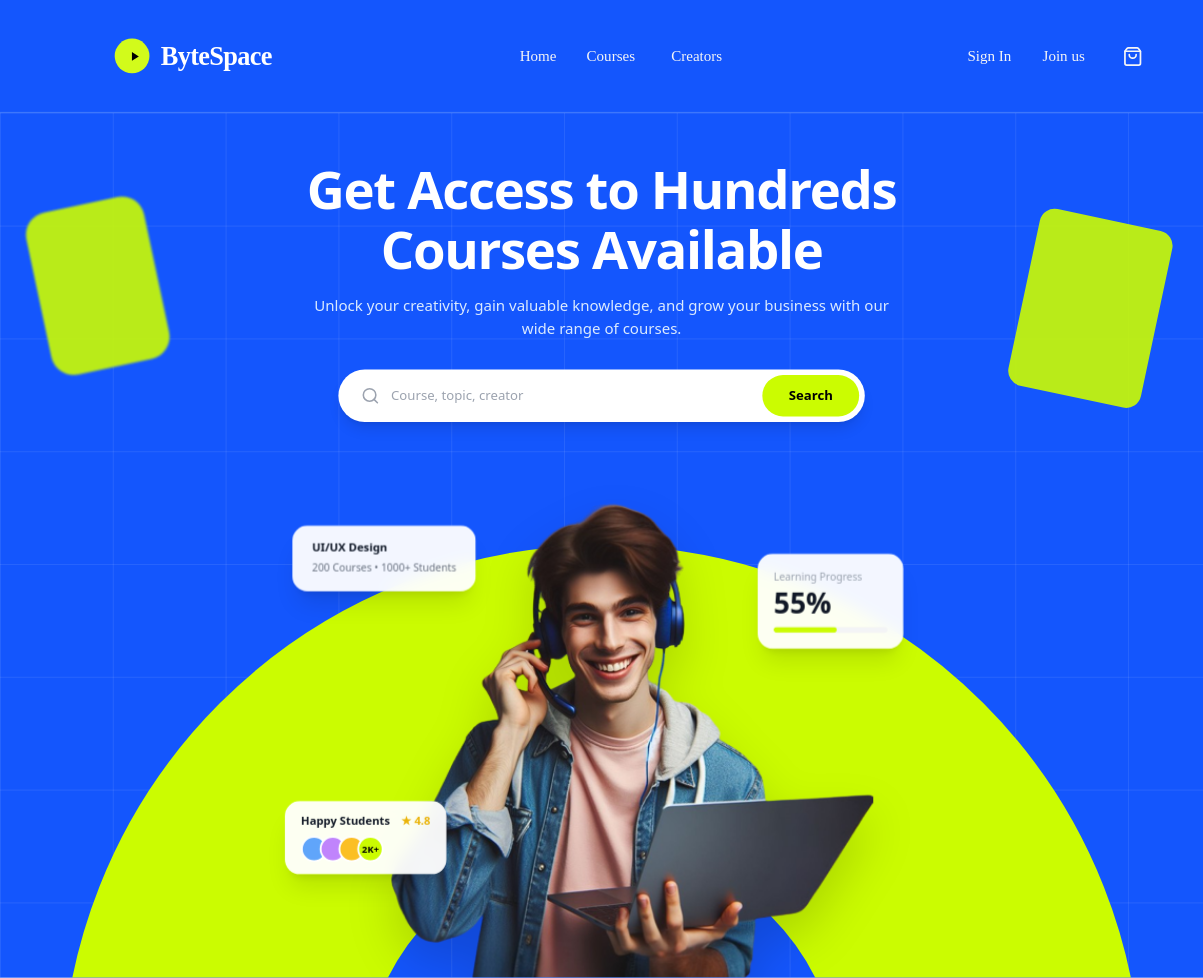
Repository: mdkawsarjomadder/bytespace
Page: /
The author's editor kept a copy of each file at every save. The page is drawn from the files as they stood at one save, then again after the next save.
The browser window is 1280 px wide. The pictures show the whole page, at 94% of full size.
Some web fonts or font styles are not loaded; a fallback is used. The project was rebuilt for these pictures with package versions that can differ from the ones it lists, and the page was loaded fresh each time. Also part of the build but not shown: vite.config.js.

Above is the page before, as saved 2026-09-29 18:31:18.

### index.html
<!doctype html>
<html lang="en">
  <head>
    <meta charset="UTF-8" />
    <link rel="icon" type="image/svg+xml" href="/favicon.svg" />
    <meta name="viewport" content="width=device-width, initial-scale=1.0" />
    <title>bytespace</title>
  </head>
  <body>
    <div id="root"></div>
    <script type="module" src="/src/main.jsx"></script>
    <link href="https://api.fontshare.com/v2/css?f[]=satoshi@400,500,700&display=swap" rel="stylesheet">
  </body>
</html>

### src/App.jsx
import React from 'react';
import Navbar from './components/Navbar';
import Hero from './components/Hero';

function App() {
  return (
    <div className="min-h-screen bg-gray-50 font-sans">
      <Navbar />
      <Hero />
    </div>
  );
}

export default App;

### src/components/Navbar.jsx
import React from 'react';
import { ShoppingBag } from 'lucide-react';

const Navbar = () => {
  return (
    <header className="w-full h-[120px] bg-[#1456fd] border-b border-blue-400/20 pl-[122px] pr-16 flex items-center justify-between relative z-50">
      {/* 1. Brand Logo (Figma Specs: 171px x 37px) */}
      <div
        className="w-[171px] h-[37px] flex items-center gap-3 cursor-pointer select-none"
        style={{ opacity: 1 }}
      >
        {/* Play Icon Logo */}
        <div className="w-[37px] h-[37px] rounded-full bg-[#d2fb1b] flex items-center justify-center shrink-0">
          <svg
            className="w-4 h-4 text-black fill-current translate-x-0.5"
            viewBox="0 0 24 24"
          >
            <path d="M8 5v14l11-7z" />
          </svg>
        </div>
        {/* Logo Text */}
        <span className="text-[28px] font-bold tracking-tight text-white leading-none font-['Satoshi']">
          ByteSpace
        </span>
      </div>

      {/* 2. Navigation Links */}
      <nav className="hidden md:flex items-center gap-8 font-['Satoshi']">
        <a
          href="#home"
          className="text-[#F5F5F6] text-[16px] leading-[160%] font-normal hover:text-[#d2fb1b] transition-colors"
        >
          Home
        </a>
        <a
          href="#courses"
          className="w-[58px] h-[26px] flex items-center text-[#F5F5F6] text-[16px] leading-[160%] font-normal hover:text-[#d2fb1b] transition-colors"
          style={{ opacity: 1 }}
        >
          Courses
        </a>
        <a
          href="#creators"
          className="text-[#F5F5F6] text-[16px] leading-[160%] font-normal hover:text-[#d2fb1b] transition-colors"
        >
          Creators
        </a>
      </nav>

      {/* 3. Action Buttons & Cart */}
      <div className="flex items-center gap-6 font-['Satoshi']">
        <button
          className="w-[49px] h-[24px] flex items-center justify-center text-[#F5F5F6] text-[16px] leading-[24px] font-normal hover:text-white/80 transition-colors"
          style={{ opacity: 1 }}
        >
          Sign In
        </button>
        <button
          className="h-[24px] px-2 flex items-center justify-center text-[#F5F5F6] text-[16px] leading-[24px] font-normal hover:text-white/80 transition-colors"
          style={{ opacity: 1 }}
        >
          Join us
        </button>
        <button className="text-[#F5F5F6] hover:text-[#d2fb1b] transition-colors flex items-center justify-center ml-2">
          <ShoppingBag size={22} strokeWidth={2} />
        </button>
      </div>
    </header>
  );
};

export default Navbar;

### src/components/Hero.jsx
import React from 'react';
import { Search } from 'lucide-react';
import One1 from '../assets/01.png';

const Hero = () => {
  return (
    <section className="relative w-full bg-[#1456fd] overflow-hidden pt-12 pb-0 text-white flex flex-col items-center justify-between min-h-[920px]">
      {/* 1. Background Grid Pattern */}
      <div className="absolute inset-0 bg-[linear-gradient(to_right,#ffffff15_1px,transparent_1px),linear-gradient(to_bottom,#ffffff15_1px,transparent_1px)] bg-[size:120px_120px] pointer-events-none" />

      {/* 2. Ellipse 7 Background Ring (Figma Exact Position) */}
      <div
        className="absolute rounded-full pointer-events-none z-0"
        style={{
          width: '1149px',
          height: '1149px',
          top: '460px',

          left: '50%',
          transform: 'translateX(-50%)',
          border: '320px solid #CBFC01',
          boxSizing: 'border-box',
        }}
      />

      {/* 3. Decorative 3D Elements */}
      <div className="absolute left-10 top-24 w-32 h-44 bg-[#CBFC01] rounded-3xl opacity-90 blur-[1px] transform -rotate-12 pointer-events-none hidden lg:block" />
      <div className="absolute right-12 top-28 w-36 h-48 bg-[#CBFC01] rounded-2xl opacity-90 transform rotate-12 pointer-events-none hidden lg:block" />

      {/* 4. Top Area: Title + Subtitle + Search Bar */}
      <div className="relative z-10 w-full max-w-[1200px] mx-auto px-4 flex flex-col items-center text-center">
        <h1 className="text-4xl md:text-[56px] font-bold tracking-tight text-white leading-[1.15] max-w-[900px]">
          Get Access to Hundreds <br /> Courses Available
        </h1>

        <p className="mt-4 text-sm md:text-base text-blue-100 max-w-[650px] font-normal leading-relaxed">
          Unlock your creativity, gain valuable knowledge, and grow your business with our wide range of courses.
        </p>

        {/* Search Bar */}
        <div className="mt-8 w-full max-w-[560px] bg-white rounded-full p-1.5 pl-6 flex items-center shadow-lg justify-between gap-3">
          <div className="flex items-center gap-3 w-full">
            <Search className="w-5 h-5 text-gray-400 shrink-0" />
            <input
              type="text"
              placeholder="Course, topic, creator"
              className="w-full bg-transparent text-gray-800 placeholder-gray-400 focus:outline-none text-sm font-medium"
            />
          </div>
          <button className="bg-[#CBFC01] hover:bg-[#b5e200] text-black font-semibold text-sm px-7 py-3 rounded-full transition-all duration-200 shrink-0 cursor-pointer">
            Search
          </button>
        </div>
      </div>

      {/* 5. Hero Visual Area (Image sitting flat at section bottom) */}
      <div className="relative w-full max-w-[578px] h-[541px] flex justify-center items-end z-10 mt-auto">

        {/* Main Student Image */}
        <img
          src={One1}
          alt="Student Learning"
          className="w-[578px] h-[541px] object-contain block select-none pointer-events-none drop-shadow-2xl"
        />

        {/* Floating Card: UI/UX Design (Top Left) */}
        <div className="absolute -left-10 top-[60px] z-20 bg-white/95 backdrop-blur text-black p-3.5 px-5 rounded-2xl shadow-xl border border-white/20">
          <span className="text-xs font-bold text-gray-900 block">UI/UX Design</span>
          <span className="text-[11px] text-gray-500 font-medium">200 Courses • 1000+ Students</span>
        </div>

        {/* Floating Card: Learning Progress (Top Right) */}
        <div className="absolute -right-8 top-[90px] z-20 bg-white/95 backdrop-blur text-black p-4 rounded-2xl shadow-xl border border-white/20 min-w-[155px] ">
          <span className="text-[11px] font-medium text-gray-400 block mb-1">Learning Progress</span>
          <span className="text-3xl font-extrabold text-gray-900 block leading-none">55%</span>
          <div className="w-full bg-gray-100 h-1.5 rounded-full mt-2.5 overflow-hidden">
            <div className="bg-[#CBFC01] h-full w-[55%] rounded-full" />
          </div>
        </div>

        {/* Floating Card: Happy Students (Bottom Left) */}
        <div className="absolute -left-12 bottom-[110px] z-20 bg-white/95 backdrop-blur text-black p-3 px-4 rounded-2xl shadow-xl border border-white/20">
          <div className="flex items-center justify-between gap-3 mb-2">
            <span className="text-xs font-bold text-gray-900">Happy Students</span>
            <span className="text-xs font-semibold text-yellow-500">★ 4.8</span>
          </div>
          <div className="flex items-center -space-x-2">
            <div className="w-7 h-7 rounded-full bg-blue-400 border-2 border-white"></div>
            <div className="w-7 h-7 rounded-full bg-purple-400 border-2 border-white"></div>
            <div className="w-7 h-7 rounded-full bg-amber-400 border-2 border-white"></div>
            <div className="w-7 h-7 rounded-full bg-[#CBFC01] border-2 border-white flex items-center justify-center text-[10px] font-bold text-black">
              2K+
            </div>
          </div>
        </div>

      </div>
    </section>
  );
};

export default Hero;

Loaded but not shown: src/main.jsx (common file); src/index.css (common file); tailwind.config.js (common file)

After the next save:
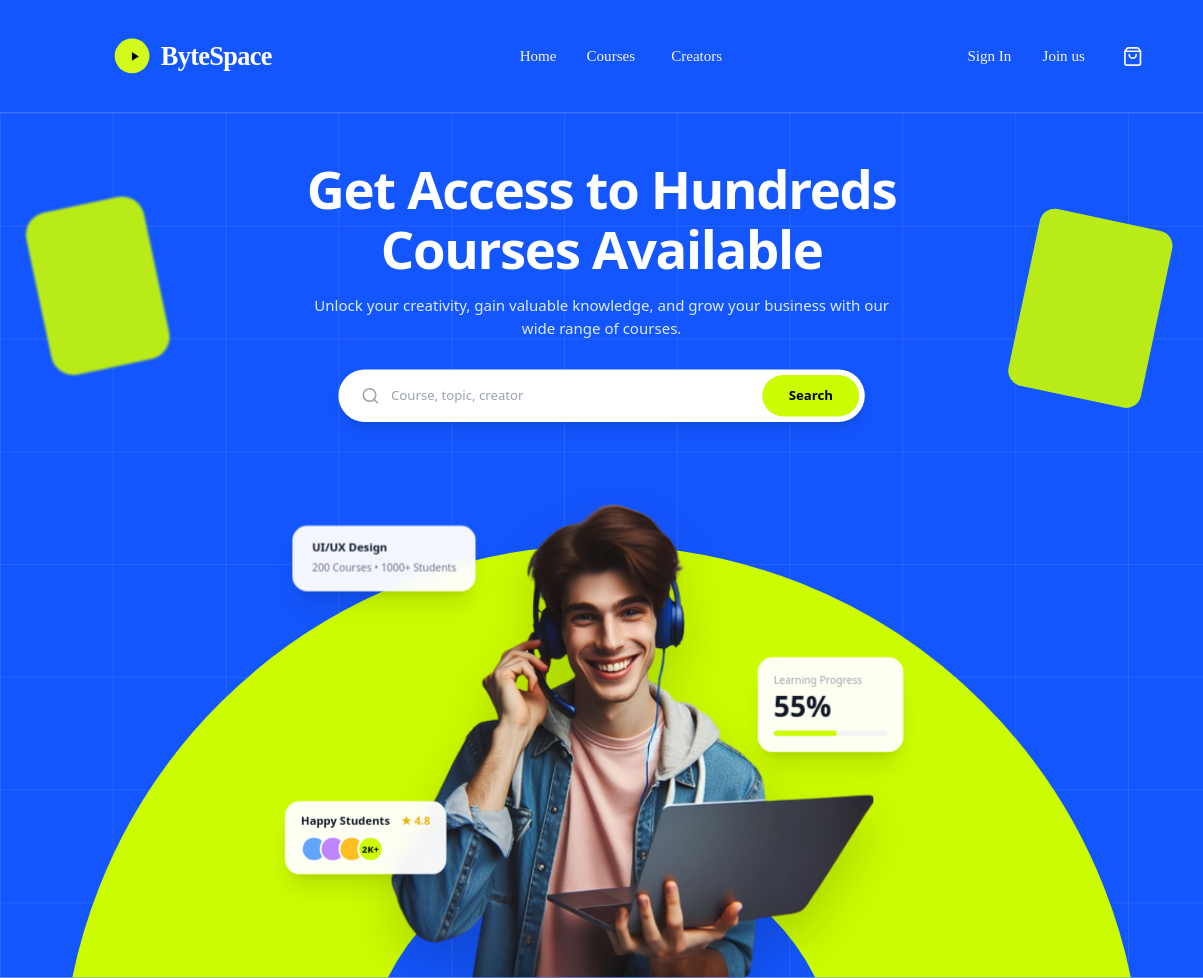
Saved 5 s later.
--- a/src/components/Hero.jsx
+++ b/src/components/Hero.jsx
@@ -70,7 +70,7 @@ const Hero = () => {
         </div>
 
         {/* Floating Card: Learning Progress (Top Right) */}
-        <div className="absolute -right-8 top-[90px] z-20 bg-white/95 backdrop-blur text-black p-4 rounded-2xl shadow-xl border border-white/20 min-w-[155px] ">
+        <div className="absolute -right-8 top-[200px] z-20 bg-white/95 backdrop-blur text-black p-4 rounded-2xl shadow-xl border border-white/20 min-w-[155px] ">
           <span className="text-[11px] font-medium text-gray-400 block mb-1">Learning Progress</span>
           <span className="text-3xl font-extrabold text-gray-900 block leading-none">55%</span>
           <div className="w-full bg-gray-100 h-1.5 rounded-full mt-2.5 overflow-hidden">
